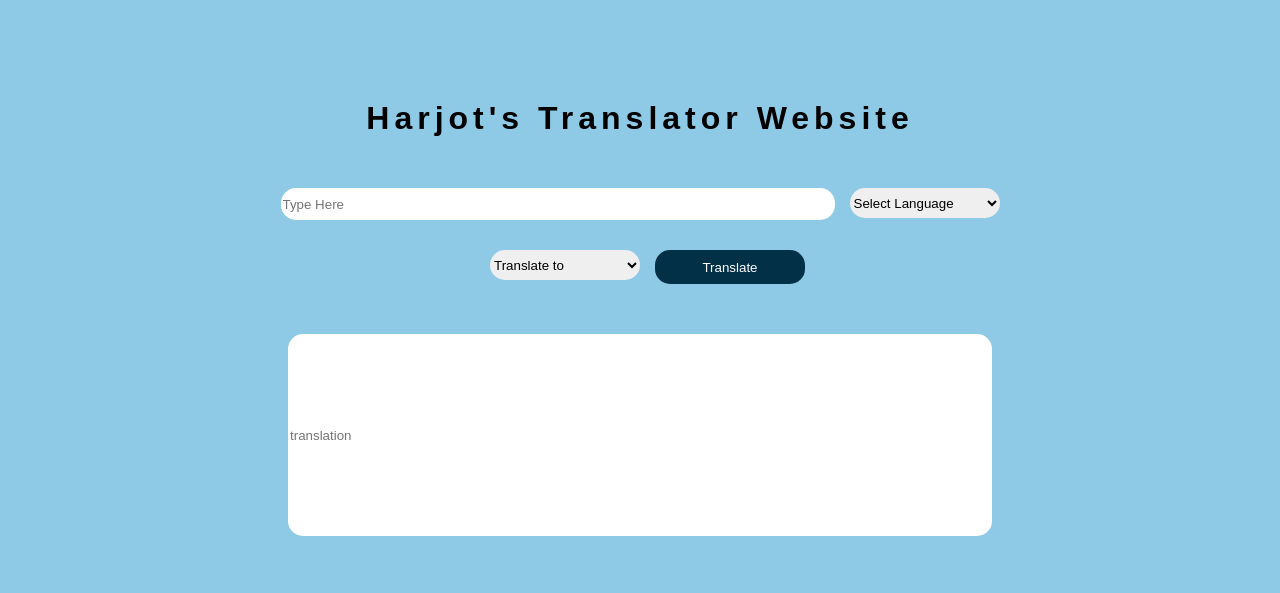
Repository: Harjot00/Pythonpractice
Page: Translator/homepage.html
These files come from the project's save history. The page is drawn as it stood at one moment and after the next save; the edit follows.
The browser window is 1280 px wide. The pictures show the whole page.
Some web fonts or font styles are not loaded; a fallback is used.

Above is the page before, as saved 2022-03-06 19:44:09.

After the next save:
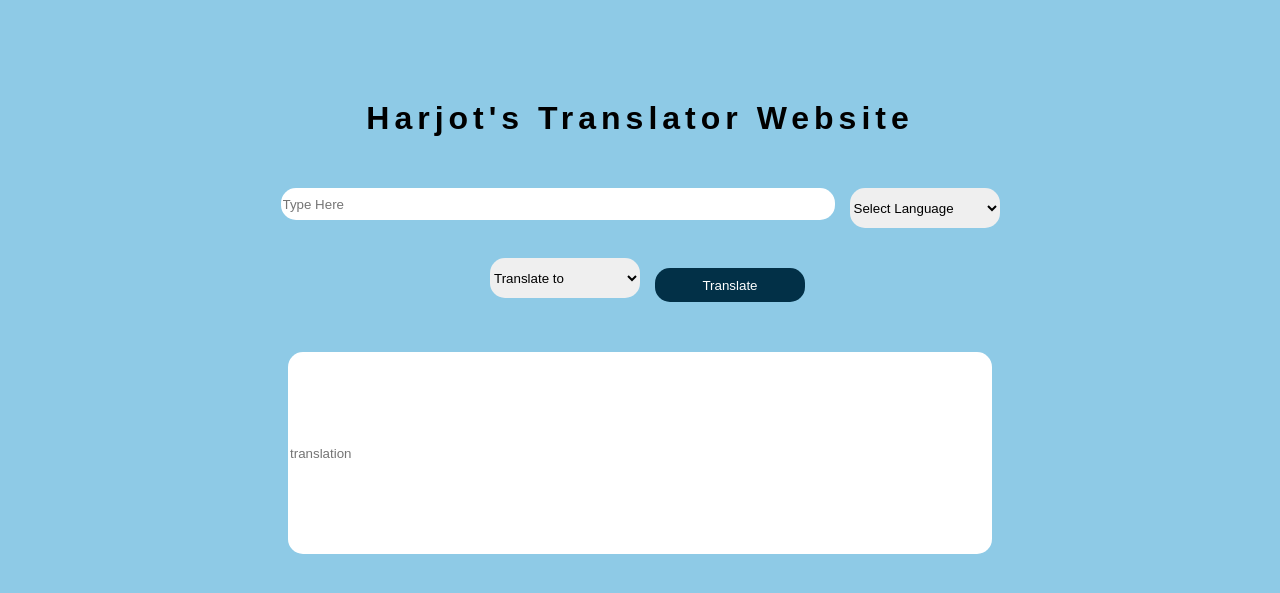
Saved 15 s later.
--- a/Translator/styles.css
+++ b/Translator/styles.css
@@ -24,7 +24,7 @@
 }
 
 select{
-    height: 30px;
+    height: 40px;
     width: 150px;
     border: none;
     border-radius: 15px;
@@ -32,7 +32,7 @@
 button{
     width: 150px;
     height:34px;
-    margin:30px 0px 0px 15px;
+    margin:40px 0px 0px 15px;
     border: none;
     border-radius: 15px;
     background-color: #023047;

After the save that followed:
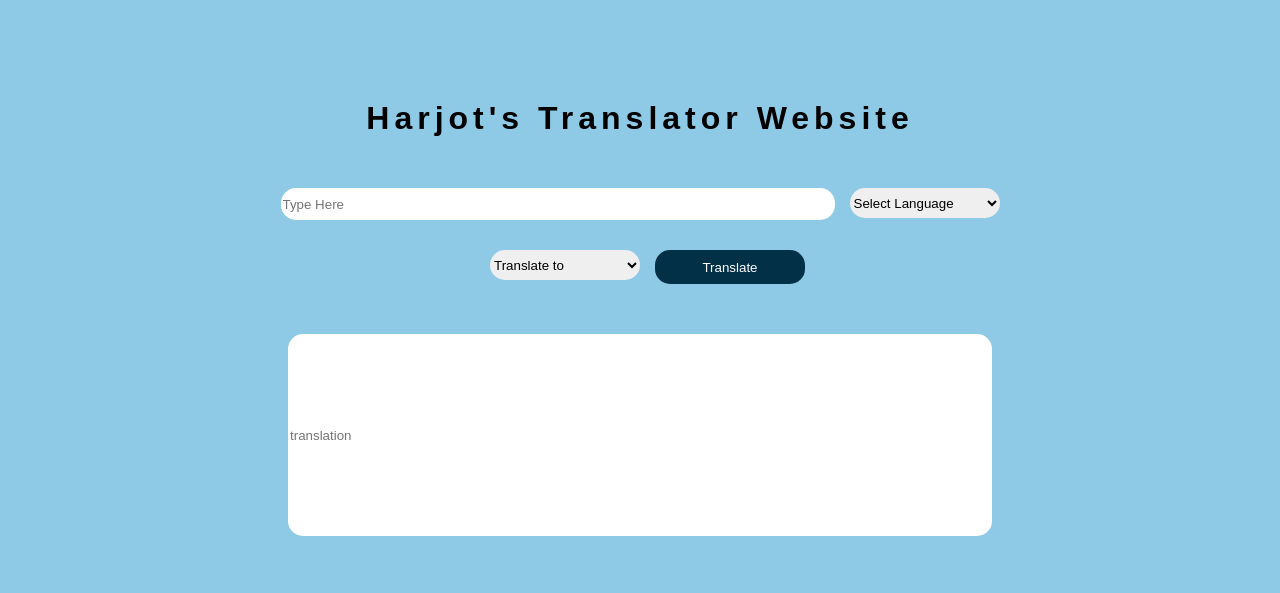
Saved 10 s later.
--- a/Translator/styles.css
+++ b/Translator/styles.css
@@ -24,7 +24,7 @@
 }
 
 select{
-    height: 40px;
+    height: 30px;
     width: 150px;
     border: none;
     border-radius: 15px;
@@ -32,7 +32,7 @@
 button{
     width: 150px;
     height:34px;
-    margin:40px 0px 0px 15px;
+    margin:30px 0px 0px 15px;
     border: none;
     border-radius: 15px;
     background-color: #023047;
